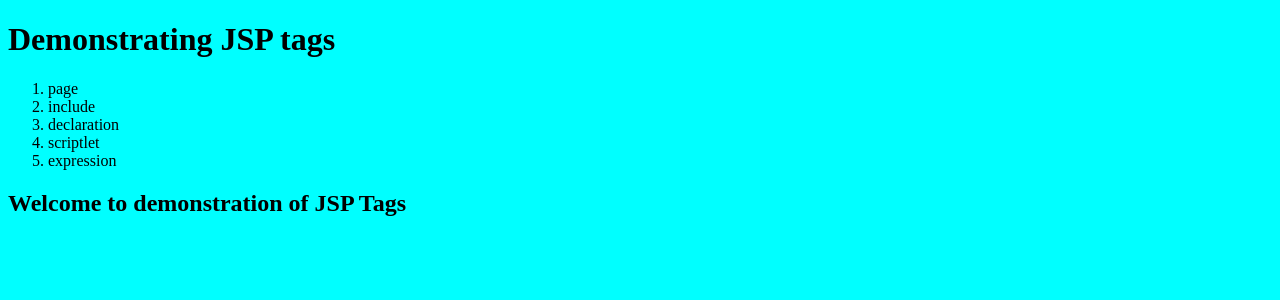
Repository: PallaviWalve/Advance-Java
Page: http://localhost/Web_Project/jsp_tags_demo.jsp
These files come from the project's save history. The page is drawn as it stood at one moment and after the next save; the edit follows.
The browser window is 1280 px wide. The pictures show the whole page.
The page is served by Tomcat 10.

Above is the page before, as saved 2024-06-06 04:14:21.

After the next save:
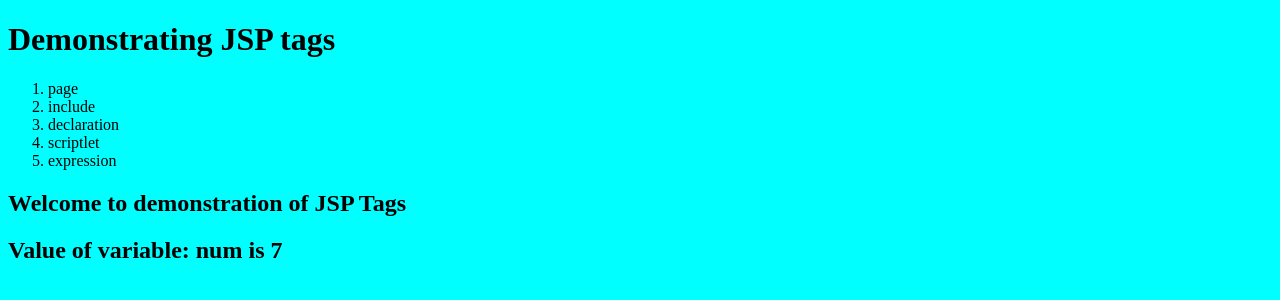
Saved 6 min 44 s later.
--- a/Web_Project/src/main/webapp/jsp_tags_demo.jsp
+++ b/Web_Project/src/main/webapp/jsp_tags_demo.jsp
@@ -14,5 +14,9 @@
 			return "Hello " + name.toUpperCase();
 		}
 	%>
+
+	<%--Using the variable and method through expression --%>
+	<h2>Value of variable: num is <%=num %></h2>
+
 </body>
 </html>
